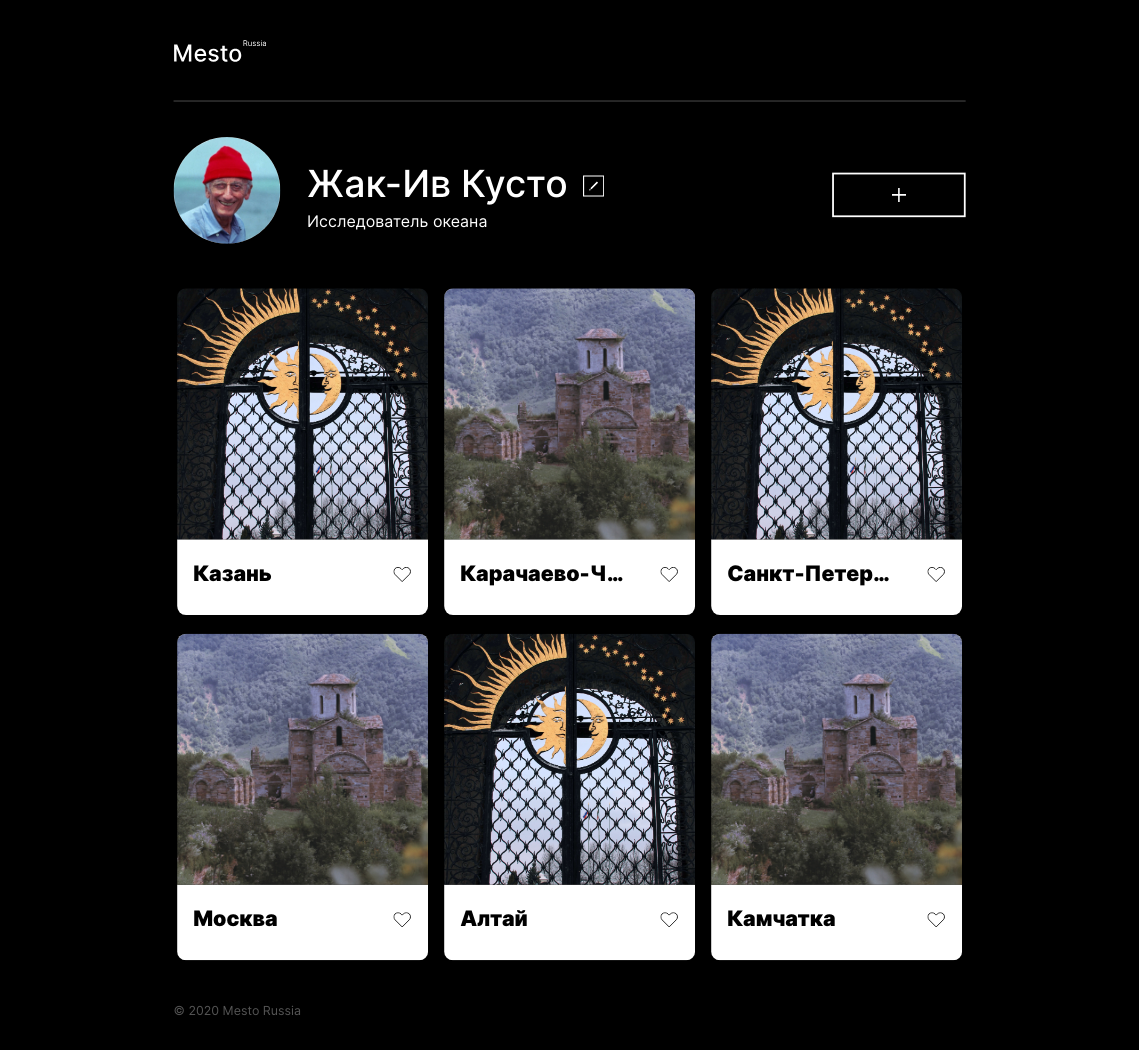
Repository: zajcevakaterina/mesto
Page: index.html
An editor plug-in stored every save of this project. The page is shown before and after a run of saves, followed by the edit.
The browser window is 1280 px wide. The pictures show the whole page, at 89% of full size.

Above is the page before, as saved 2020-05-07 14:24:38.

After the next 2 saves:
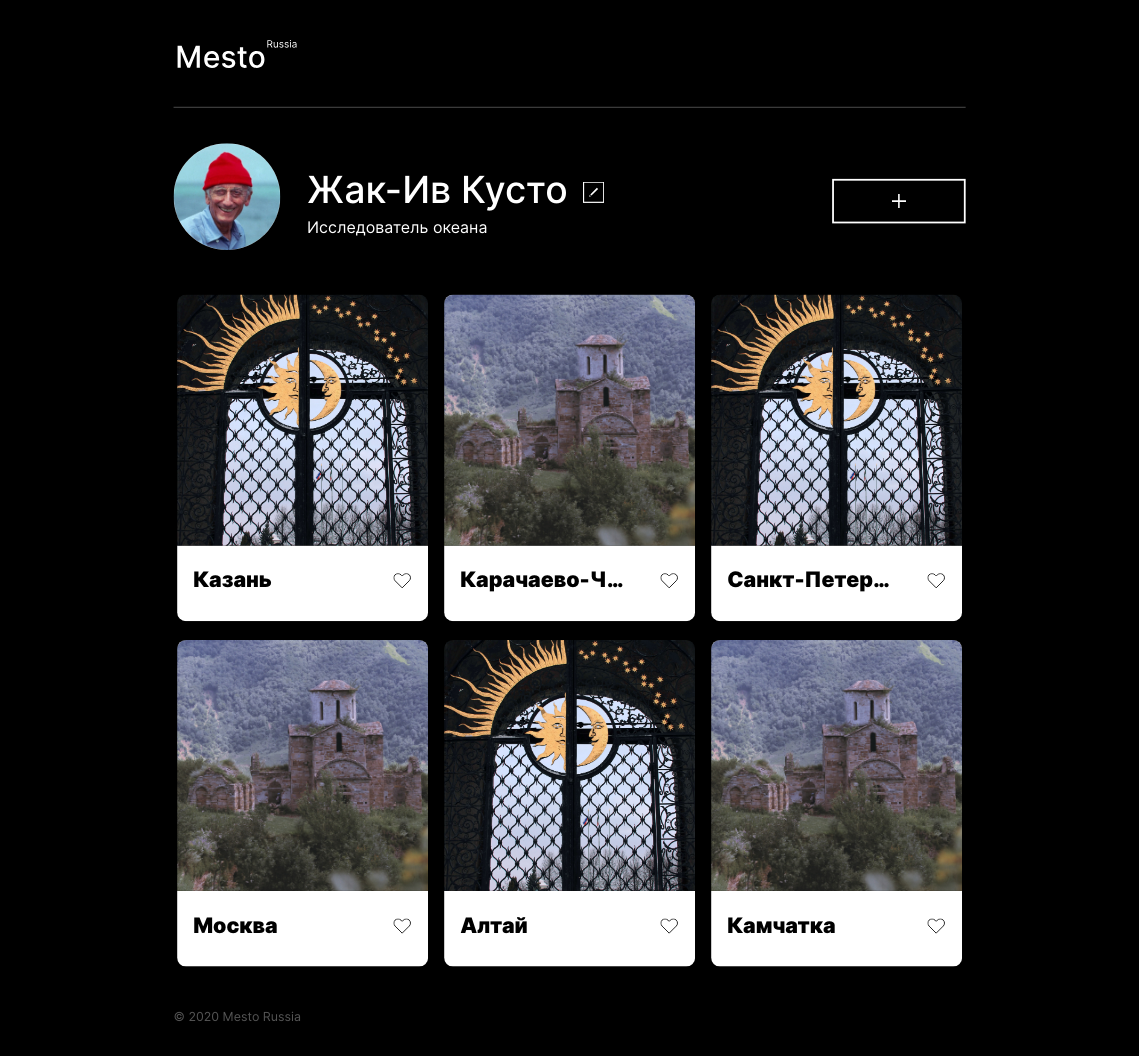
The 2 saves are shown as one change because they came seconds apart.
The last was saved 17 s later.
--- a/blocks/header/__logo/header__logo.css
+++ b/blocks/header/__logo/header__logo.css
@@ -6,8 +6,8 @@
 
 @media screen and (min-width: 768px) {
   .header__logo {
-    width: 104px;
-    height: 25px;
+    width: 142px;
+    height: 32px;
     padding: 45px 0 40px;
   }
 }
